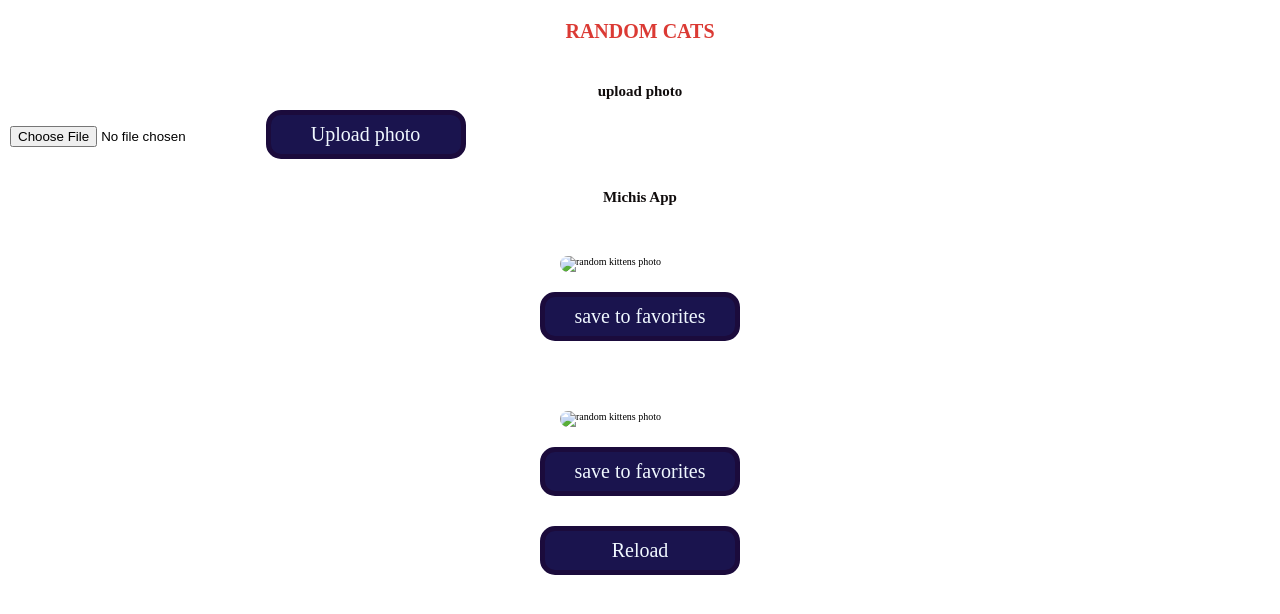
Repository: elto82/ConsumoAPIRESTjs
Page: index.html
The author's editor kept a copy of each file at every save. The page is drawn from the files as they stood at one save, then again after the next save.
The browser window is 1280 px wide. The pictures show the whole page.
The page's requests for data from a server got no answer.

Above is the page before, as saved 2022-07-04 21:54:56.

After the next save:
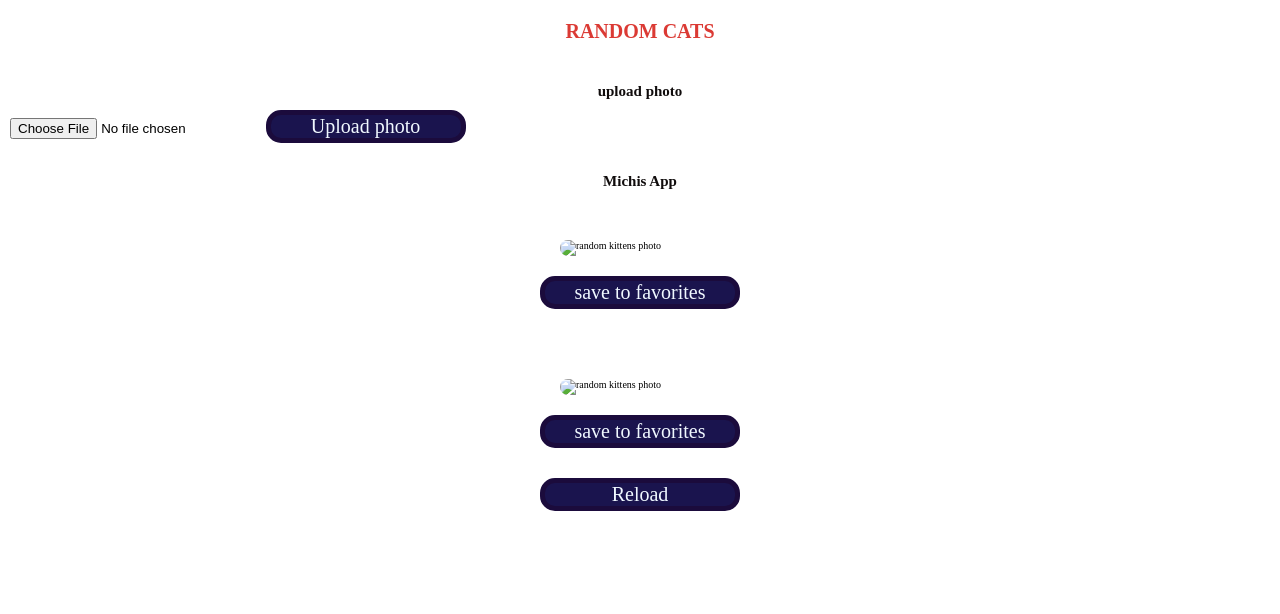
Saved 107 s later.
--- a/style.css
+++ b/style.css
@@ -65,7 +65,7 @@ article{
   cursor: pointer;
   font-family: 'Pacifico', cursive;
   font-size: 2rem;
-  padding: 0.8rem;
+
   width: 20rem;
   height: auto;
   margin-bottom: 1rem;
